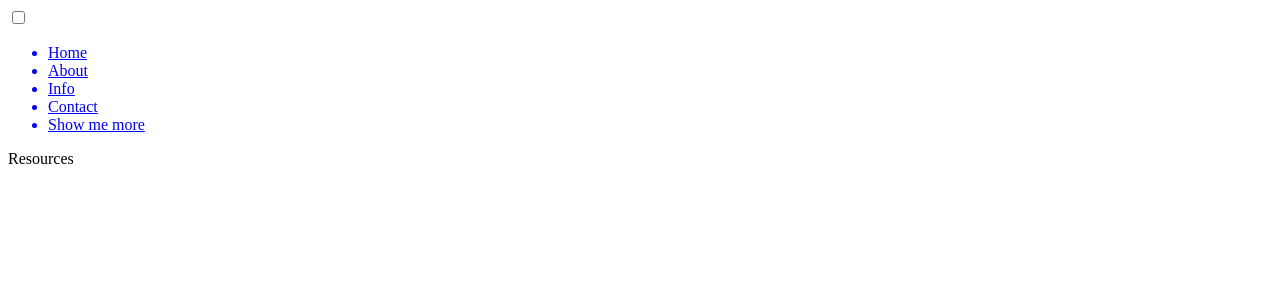
Repository: andy981217/culvers
Page: http://localhost/Culvers/pract.jsp
An editor plug-in stored every save of this project. The page is shown before and after the next save, followed by the edit.
The browser window is 1280 px wide. The pictures show the whole page.
The page is served by Tomcat 9.

Above is the page before, as saved 2022-12-28 04:55:31.

After the next save:
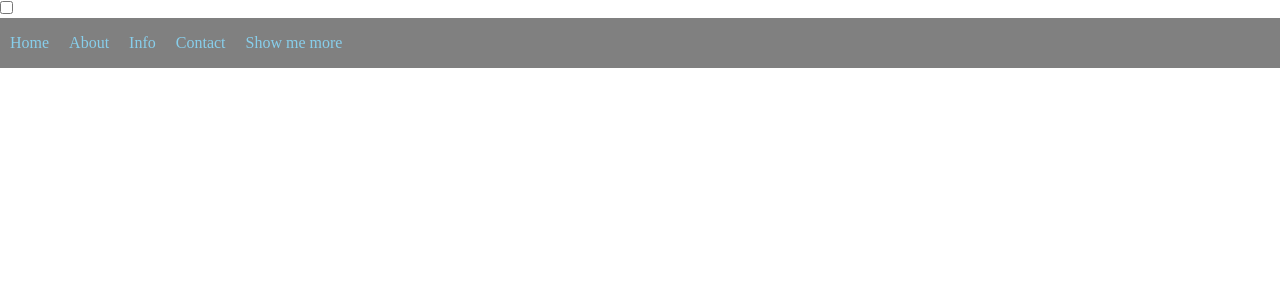
Saved 14 s later.
--- a/Culvers/src/main/webapp/pract.jsp
+++ b/Culvers/src/main/webapp/pract.jsp
@@ -41,8 +41,6 @@
     </ul>
   </div>
 </nav>
-
-
-Resources
 </body>
+<link href="style.css" rel="stylesheet" type="text/css">
 </html>
